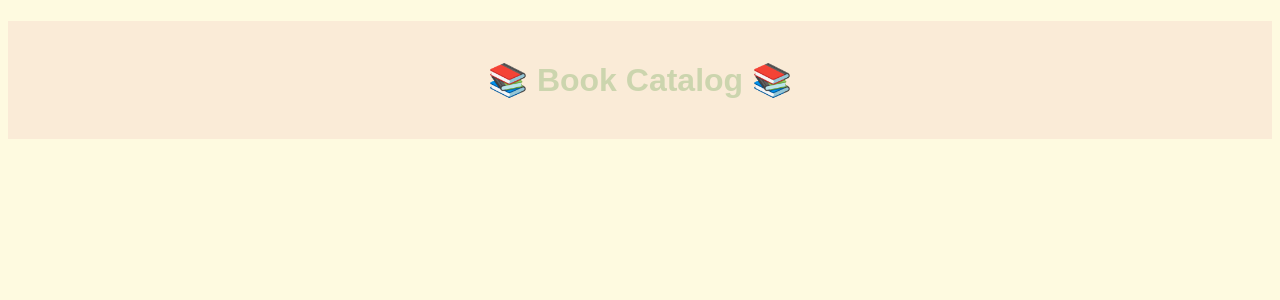
Repository: kaitlynlew/Book-Catalog
Page: /
An editor plug-in stored every save of this project. The page is shown before and after the next save, followed by the edit.
The browser window is 1280 px wide. The pictures show the whole page.
The project was rebuilt for these pictures with package versions that can differ from the ones it lists, and the page was loaded fresh each time. Also part of the build but not shown: vite.config.js.

Above is the page before, as saved 2025-09-14 00:10:45.

### index.html
<!doctype html>
<html lang="en">

<head>
  <meta charset="UTF-8" />
  <meta name="viewport" content="width=device-width, initial-scale=1.0" />
  <title>📚 Book Catalog</title>
</head>

<body>
  <div id="root"></div>
  <script type="module" src="/src/main.jsx"></script>
</body>

</html>

### src/App.jsx

function App() {
  return <h1>📚 Book Catalog 📚</h1>;
}

export default App;

### src/App.css
/* index.css */
body {
  background-color: #fefae0;
  font-family: sans-serif;
}

h1 {
  color: #ccd5ae;
  text-align: center;
  background-color: antiquewhite;
  padding: 40px;
}

Loaded but not shown: src/main.jsx (common file)

After the next save:
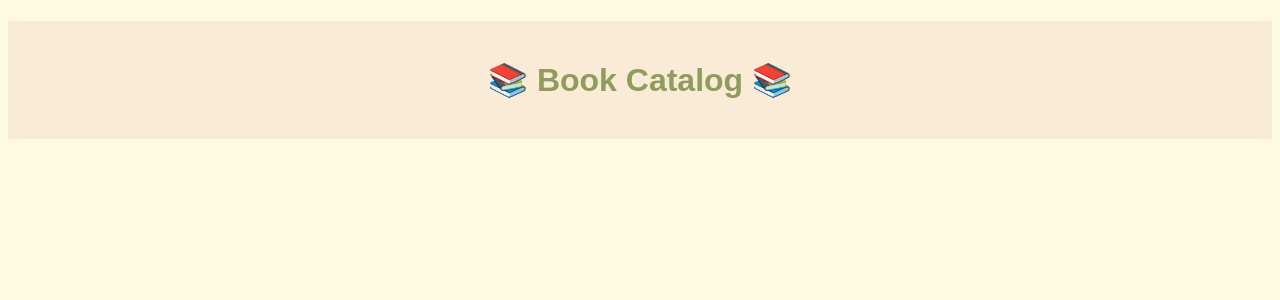
Saved 18 s later.
--- a/src/App.css
+++ b/src/App.css
@@ -5,7 +5,7 @@ body {
 }
 
 h1 {
-  color: #ccd5ae;
+  color: #8e9d5d;
   text-align: center;
   background-color: antiquewhite;
   padding: 40px;
